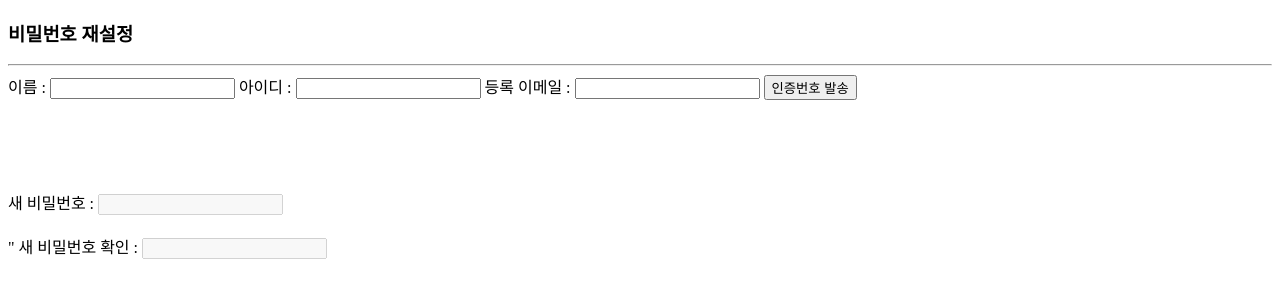
Repository: ssookkii/BusyBee
Page: http://localhost/BusyBee/WEB-INF/views/noTiles/newPassword.jsp
The author's editor kept a copy of each file at every save. The page is drawn from the files as they stood at one save, then again after the next save.
The browser window is 1280 px wide. The pictures show the whole page.
The page is served by Tomcat 9. Nobody is signed in. The template is opened directly, without the code that normally fills it, so the values that code supplies are empty.

Above is the page before, as saved 2023-03-18 07:42:14.

After the next save:
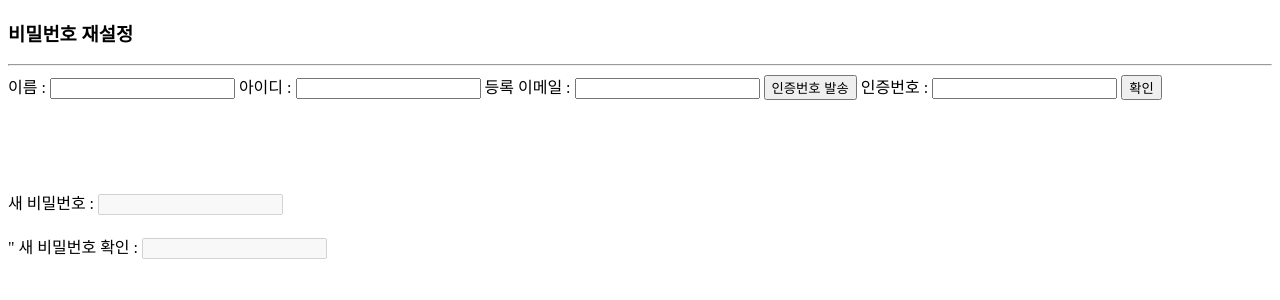
Saved 66 s later.
--- a/BusyBee/src/main/webapp/WEB-INF/views/noTiles/newPassword.jsp
+++ b/BusyBee/src/main/webapp/WEB-INF/views/noTiles/newPassword.jsp
@@ -15,6 +15,7 @@
 아이디 : <input type="text" id="id">
 등록 이메일 : <input type="text" id="email">
 <button type="button" onclick="isExist()">인증번호 발송</button>
+인증번호 : <input type='text' id='certNum' > <button type='button' onclick='checkCert()' >확인</button>
 <br><br><br>
 
 <br><br><br>
